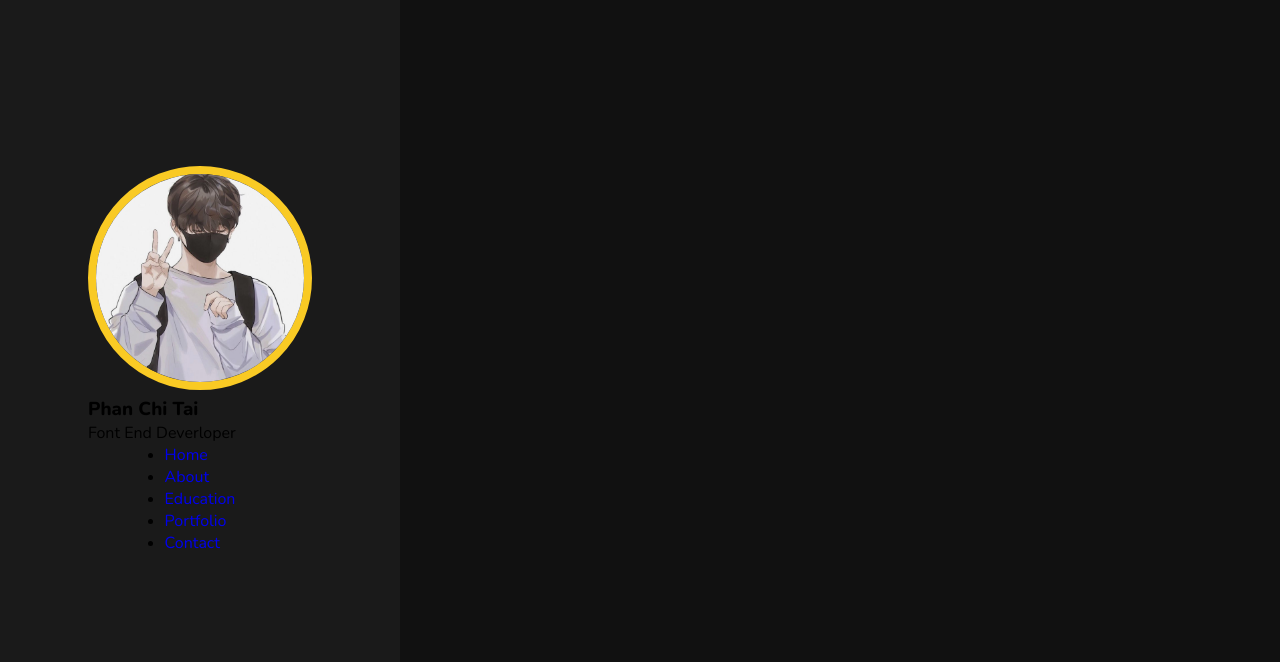
Repository: PCTai/My-profile
Page: index.html
An editor plug-in stored every save of this project. The page is shown before and after the next save, followed by the edit.
The browser window is 1280 px wide. The pictures show the whole page.

Above is the page before, as saved 2021-11-25 18:06:37.

After the next save:
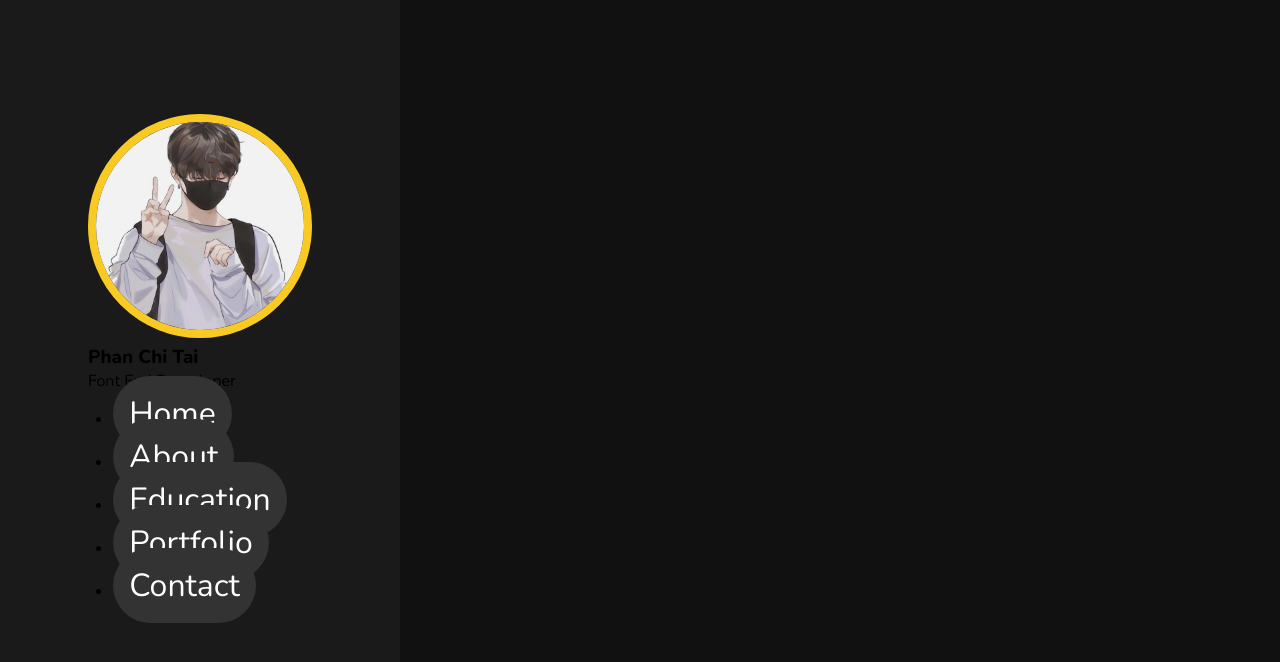
Saved 30 s later.
--- a/assets/css/style.css
+++ b/assets/css/style.css
@@ -64,7 +64,7 @@ header navbar{
     list-style: none;
     padding: 1rem 3rem;
 }
-header navbar ul li a{
+header .navbar ul li a{
    padding: 1rem;
    margin: 1.5rem 0;
    background-color: #333;
